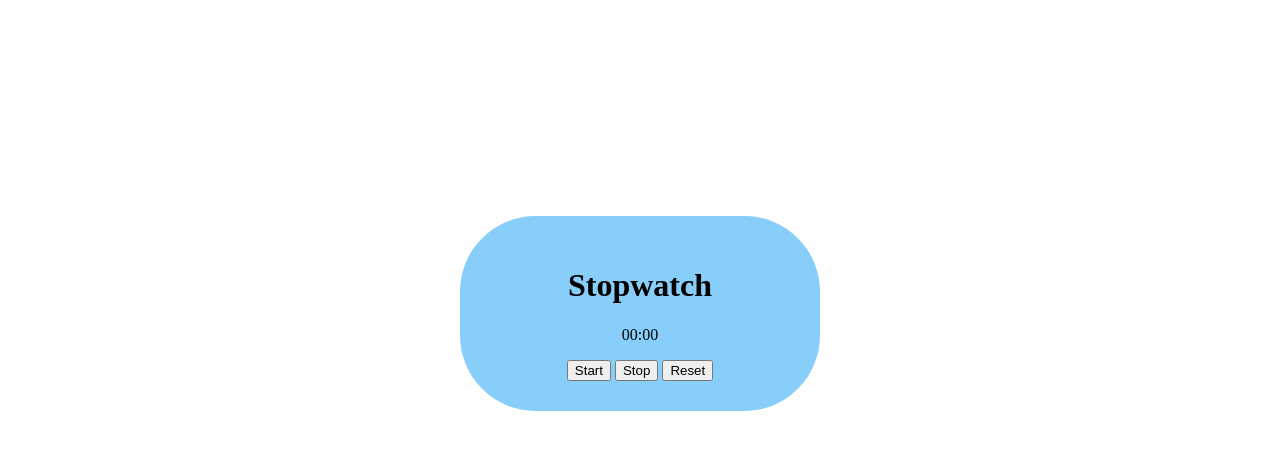
Repository: LeyaAbraham/web-dev
Page: clock.html
The author's editor kept a copy of each file at every save. The page is drawn from the files as they stood at one save, then again after the next save.
The browser window is 1280 px wide. The pictures show the whole page.

Above is the page before, as saved 2021-01-05 23:12:19.

### clock.html
<!DOCTYPE html>
<html>

<head>
    <title>Page Title</title>
    <link rel="stylesheet" href="style.css" type="text/css">

</head>

<body>
    <div id="wrap">
        <h1>Stopwatch</h1>
        <p><span id="seconds">00</span>:<span id="nano">00</span></p>
        <button id="start">Start</button>
        <button id="stop">Stop</button>
        <button id="reset">Reset</button>
    </div>
    <script src="clock.js"></script>
</body>

</html>

### style.css
#wrap {
    background-color: lightskyblue;
    border-color: lightyellow;
    border-radius: 2cm;
    text-align: center;
    padding: 30px;
    margin: 30px;
    width: 300px;
    position: absolute;
	top:30%;
	left: 0;
	right: 0;

	margin: auto;

}

button {
    radius: 1cm;
}

### clock.js
window.onload = function () {

    var seconds = 00;
    var nano = 00;

    var interval;
    document.getElementById("start").onclick = start;
    document.getElementById("stop").onclick = stop;
    document.getElementById("reset").onclick = reset;

    function start() {

        interval = setInterval(runTimer, 10);

    }

    function stop() {
        clearInterval(interval);
    }

    function reset() {
        clearInterval(interval);
        nano = 00;
        seconds = 00;
        document.getElementById("nano").innerHTML = "00";
        document.getElementById("seconds").innerHTML = "00";
    }

    function runTimer() {
        var num = nano++;
        console.log(num);

        if (nano > 9) {
            console.log("in if");
            document.getElementById("nano").innerHTML = nano;
        }
        if (nano < 9) {
            document.getElementById("nano").innerHTML = "0" + nano;
        }
        if (nano > 99) {
            seconds++;
            nano = 0;
            document.getElementById("seconds").innerHTML = "0" + seconds;

        }

        if (seconds > 9) {
            document.getElementById("seconds") = seconds;
        }
    }
}

After the next save:
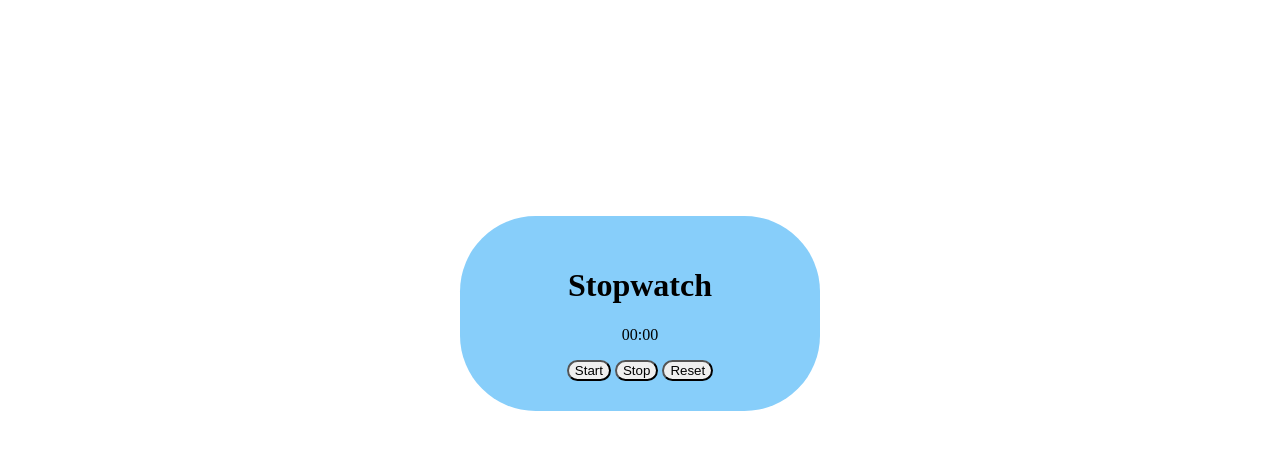
Saved 13 s later.
--- a/style.css
+++ b/style.css
@@ -16,5 +16,5 @@
 }
 
 button {
-    radius: 1cm;
+    border-radius: 1cm;
 }
